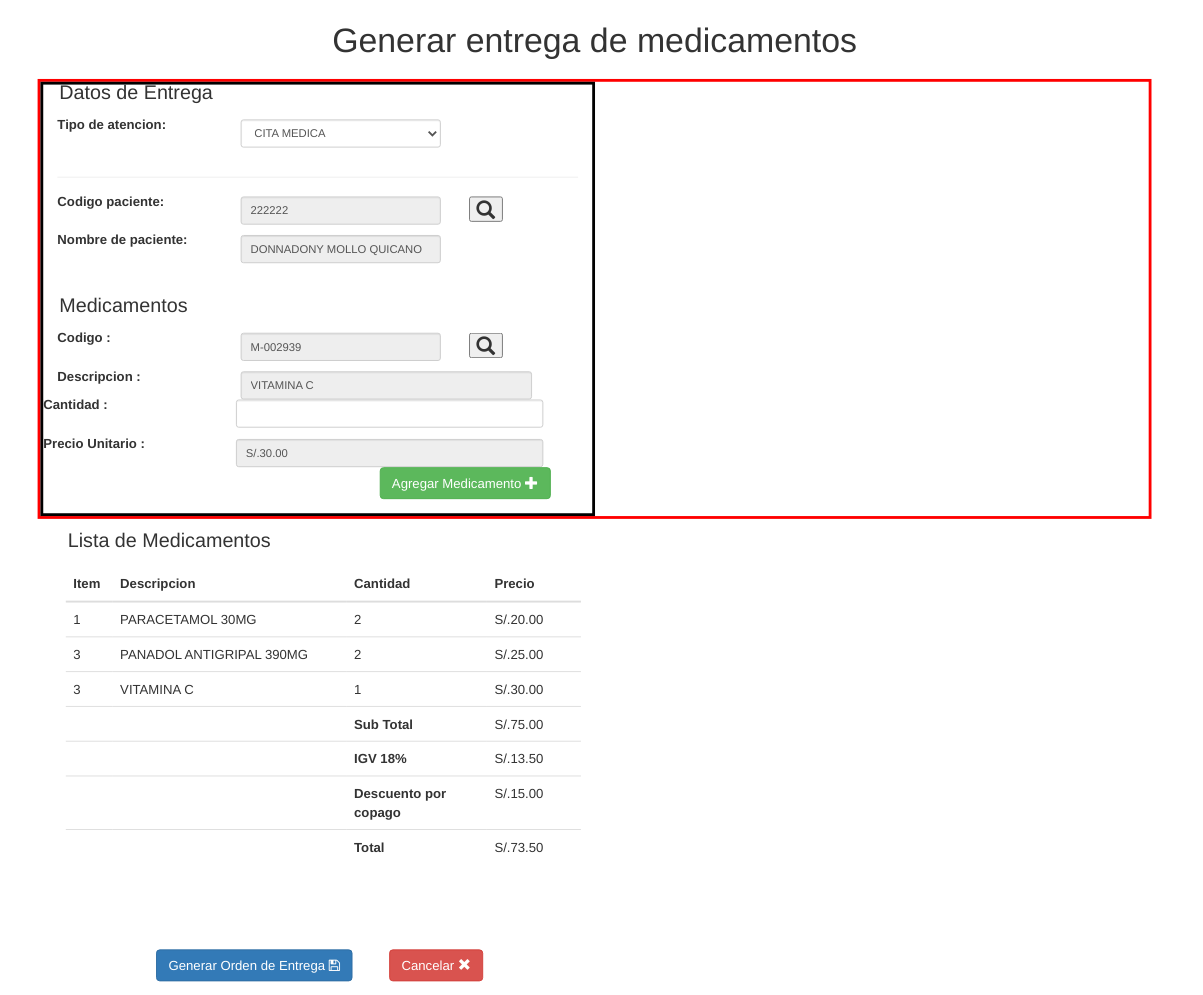
Repository: Donyx10/ADSII-ProyectoClinica
Page: http://localhost/AvanceWeb/GenerarOrdenDeEntregaDeMedicamentos2.jsp
The author's editor kept a copy of each file at every save. The page is drawn from the files as they stood at one save, then again after the next save.
The browser window is 1280 px wide. The pictures show the whole page, at 94% of full size.
Some web fonts or font styles are not loaded; a fallback is used. The page is served by Tomcat 9. Other server files are loaded and not shown.

Above is the page before, as saved 2018-06-07 16:46:19.

### WebDemo/AvanceWeb/WebContent/GenerarOrdenDeEntregaDeMedicamentos2.jsp
<!DOCTYPE html>
<html lang="esS">
<head>
<meta charset="UTF-8">
<meta name="viewport"
	content="width=device-width, initial-scale=1, maximum-scale=1, user-scalable=no">
<script type="text/javascript" src="js/jquery.min.js"></script>
<script type="text/javascript" src="js/jquery.dataTables.min.js"></script>
<script type="text/javascript" src="js/dataTables.bootstrap.min.js"></script>
<script type="text/javascript" src="js/bootstrap.min.js"></script>
<script type="text/javascript" src="js/bootstrapValidator.js"></script>
<link rel="stylesheet" href="css/bootstrap.css" />
<link rel="stylesheet" href="css/dataTables.bootstrap.min.css" />
<link rel="stylesheet" href="css/style.css" />
<link rel="stylesheet" href="css/bootstrapValidator.css" />
<link rel="stylesheet"
	href="https://cdnjs.cloudflare.com/ajax/libs/font-awesome/4.7.0/css/font-awesome.min.css">
<title>Generar orden de entrega de medicamentos</title>

</head>
<body>

	<div class="container"
		style="padding-top: 3px; line-height: 0.8; padding-left: 0.01px;">
		<h1 align="center">Generar entrega de medicamentos</h1>
		<br>
		<form action="generarCita" id="id_form">
			<div class="form-group row"
				style="border-style: solid; border-color: red;">
				<div class="col-md-6"
					style="border-style: solid; border-color: black;">

					<div class="form-group row" align="left" id="paciente">
						<div class="col-md-12">
							<fieldset>
								<legend>Datos de Entrega</legend>
								<div class="row">
									<div class="col-md-4">
										<label class="" for="id_codigo">Tipo de atencion:</label>
									</div>
									<div class="col-md-5">
										<select class="form-control input-sm" style="">
											<option>CITA MEDICA
											<option>EMERGENCIA
										</select>
									</div>
								</div>
								<br>
								<hr>
								<div class="row">

									<div class="col-md-4">
										<label class="" for="id_codigo">Codigo paciente:</label>
									</div>
									<div class="col-md-5">
										<input class="form-control input-sm" type="text"
											value="222222" id="" name="" readonly="readonly"
											placeholder="Ingrese el codigo">
									</div>
									<div class="col-md-2">
										<button style="font-size: 20px">
											<i class="glyphicon glyphicon-search"></i>
										</button>
									</div>
								</div>
								<br>



								<div class="row">
									<div class="col-md-4">
										<label class="" for="">Nombre de paciente:</label>
									</div>
									<div class="col-md-5">
										<input class="form-control input-sm" type="text"
											readonly="readonly" value="DONNADONY MOLLO QUICANO" id=""
											name="" placeholder="Ingrese el nombre" size="30">
									</div>

								</div>
								<br>
								<!--
							<div class="row">
								<div class="col-md-3">
									<label class="" for="">Estado:</label>
								</div>
								<div class="col-md-5">
									<input class="form-control" type="text" disabled="disabled" value="CANCELADO"
										id="" name="" placeholder="Ingrese el nombre" size="30">
								</div>
								<br>
							</div>
							<br>
							-->
							</fieldset>
						</div>


					</div>

					<br>
					<div class="form-group row" align="left" id="medicametos">
						<div class="col-md-12">
							<fieldset>
								<legend>Medicamentos</legend>

								<div class="row">

									<div class="col-md-4">
										<label class="" for="id_codigo">Codigo : </label>
									</div>
									<div class="col-md-5">
										<input class="form-control input-sm" type="text"
											value="M-002939" id="" name="" readonly="readonly"
											placeholder="">
									</div>
									<div class="col-md-2">
										<button style="font-size: 20px">
											<i class="glyphicon glyphicon-search"></i>
										</button>
									</div>
								</div>
								<br>
								<div class="row">

									<div class="col-md-4">
										<label class="" for="id_codigo">Descripcion : </label>
									</div>
									<div class="col-md-7">
										<input class="form-control input-sm" type="text"
											value="VITAMINA C" id="" name="" readonly="readonly"
											placeholder="">
									</div>
								</div>
							</fieldset>
						</div>
						<br>
						<div class="row">

							<div class="col-md-4">
								<label class="" for="id_codigo">Cantidad : </label>
							</div>
							<div class="col-md-7">
								<input class="form-control input-sm" type="number"
									name="quantity" min="1" max="10">
							</div>

						</div>
						<br>
						<div class="row">

							<div class="col-md-4">
								<label class="" for="id_codigo">Precio Unitario : </label>
							</div>
							<div class="col-md-7">
								<input class="form-control input-sm" type="text" name="quantity"
									value="S/.30.00" readonly="readonly">
							</div>

						</div>
						<div class="row">
							<div class="col-md-2"></div>
							<div class="col-md-4"></div>
							<div class="col-md-1"></div>
							<div class="col-md-3">
								<button type="submit" class="btn btn-success">
									Agregar Medicamento <i class="glyphicon glyphicon-plus"></i>
								</button>
							</div>
						</div>
					</div>
				</div>



			</div>
			<div class="col-md-6">
				<div class="form-group row" id="medico">
					<div class="col-md-12">
						<fieldset>

							<legend> Lista de Medicamentos</legend>
							<div class="row">
								<div class="col-md-12">
									<table class="table table-sm">
										<thead>
											<tr>
												<th class="col-md-1">Item</th>
												<th class="col-md-5">Descripcion</th>
												<th class="col-md-3">Cantidad</th>
												<th class="col-md-2">Precio</th>

											</tr>
										</thead>
										<tbody>
											<tr>
												<td class="col-md-1">1</td>
												<td class="col-md-5">PARACETAMOL 30MG</td>
												<td class="col-md-3">2</td>
												<td class="col-md-2">S/.20.00</td>
											</tr>
											<tr>
												<td class="col-md-1">3</td>
												<td class="col-md-5">PANADOL ANTIGRIPAL 390MG</td>
												<td class="col-md-3">2</td>
												<td class="col-md-2">S/.25.00</td>
											</tr>
											<tr>
												<td class="col-md-1">3</td>
												<td class="col-md-5">VITAMINA C</td>
												<td class="col-md-3">1</td>
												<td class="col-md-2">S/.30.00</td>
											</tr>
											<tr>
												<td class="col-md-1"></td>
												<td class="col-md-5"></td>
												<td class="col-md-3"><strong>Sub Total</strong></td>
												<td class="col-md-2">S/.75.00</td>
											</tr>
											<tr>
												<td class="col-md-1"></td>
												<td class="col-md-5"></td>
												<td class="col-md-3"><strong>IGV 18%</strong></td>
												<td class="col-md-2">S/.13.50</td>
											</tr>
											<tr>
												<td class="col-md-1"></td>
												<td class="col-md-5"></td>
												<td class="col-md-3"><strong>Descuento por
														copago</strong></td>
												<td class="col-md-2">S/.15.00</td>
											</tr>
											<tr>
												<td class="col-md-1"></td>
												<td class="col-md-5"></td>
												<td class="col-md-3"><strong>Total</strong></td>
												<td class="col-md-2">S/.73.50</td>
											</tr>

										</tbody>
									</table>
								</div>
							</div>
						</fieldset>
					</div>
				</div>
				<br> <br> <br> <br> <br>
				<div class="form-group row" align="center" id="paciente">
					<div class="col-md-12">
						<div class="row">
							<div class="col-md-2"></div>
							<div class="col-md-4">
								<button type="submit" class="btn btn-primary">
									Generar Orden de Entrega <i class="fa fa-save"></i>
								</button>
							</div>
							<div class="col-md-1"></div>
							<div class="col-md-3">
								<button type="submit" class="btn btn-danger">
									Cancelar <span class="glyphicon glyphicon-remove"></span>
								</button>
							</div>
						</div>
					</div>
				</div>
			</div>
	</div>
	</div>
	</form>
	</div>
</body>
</html>

### WebDemo/AvanceWeb/WebContent/css/style.css


.table-fixed {
	width: 100%;
	background-color: #f3f3f3;
}

.table-fixed tbody {
	height: 120px;
	overflow-y: auto;
	width: 100%;
}

.table-fixed thead, .table-fixed tbody, .table-fixed tr, .table-fixed td,
	.table-fixed th {
	display: block;
}

.table-fixed tbody td {
	float: left;
}

.table-fixed thead tr th {
	float: left;
	background-color: #f39c12;
	border-color: #e67e22;
}

legend {
    display: block;
    padding-left: 2px;
    padding-right: 2px;
    border: none;
}

Loaded but not shown: WebDemo/AvanceWeb/WebContent/js/jquery.min.js (library); WebDemo/AvanceWeb/WebContent/js/jquery.dataTables.min.js (library); WebDemo/AvanceWeb/WebContent/js/dataTables.bootstrap.min.js (common file); WebDemo/AvanceWeb/WebContent/js/bootstrap.min.js (library); WebDemo/AvanceWeb/WebContent/js/bootstrapValidator.js (library); WebDemo/AvanceWeb/WebContent/css/bootstrap.css (library); WebDemo/AvanceWeb/WebContent/css/dataTables.bootstrap.min.css (library); WebDemo/AvanceWeb/WebContent/css/bootstrapValidator.css (common file)

After the next save:
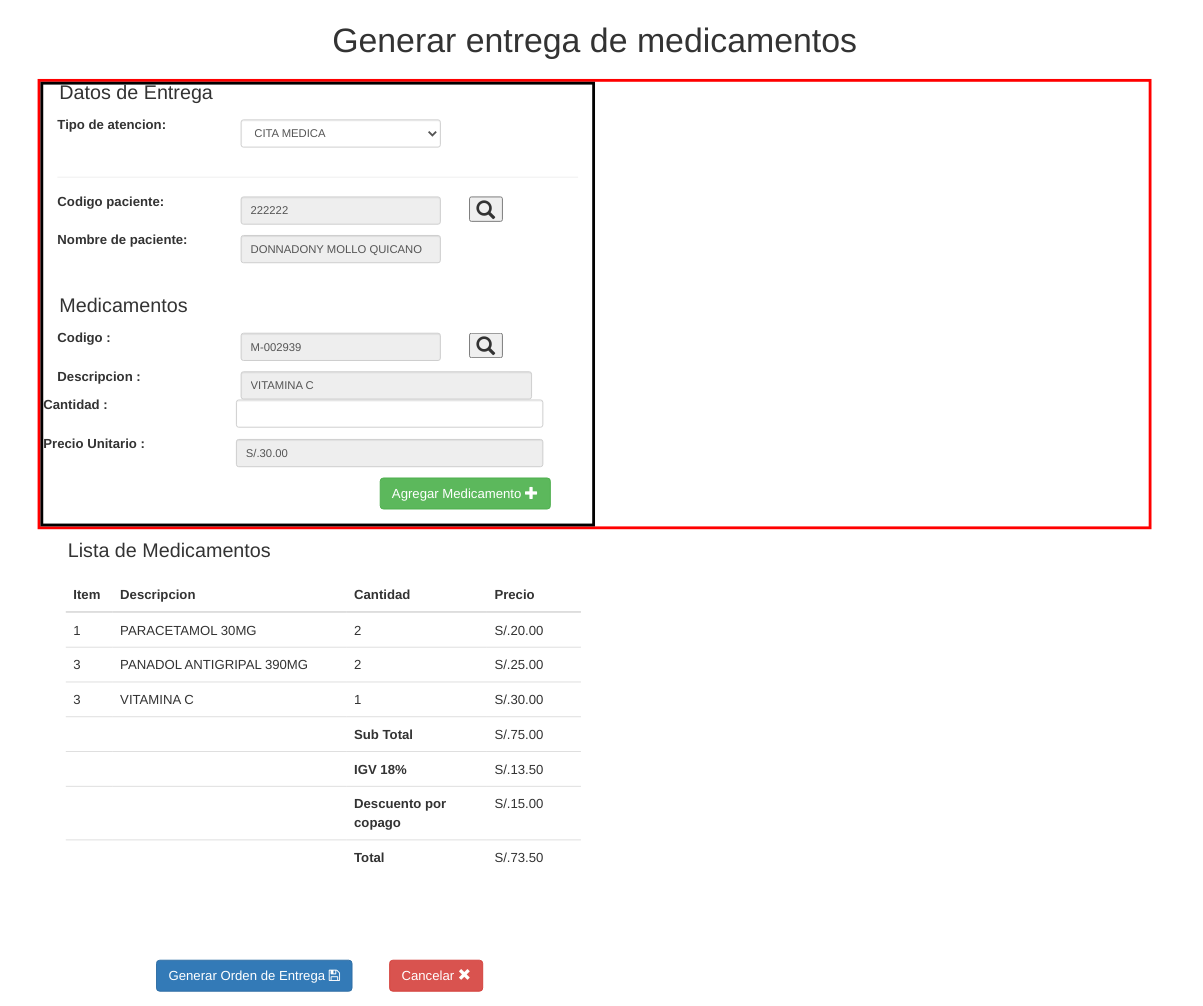
Saved 8 s later.
--- a/WebDemo/AvanceWeb/WebContent/GenerarOrdenDeEntregaDeMedicamentos2.jsp
+++ b/WebDemo/AvanceWeb/WebContent/GenerarOrdenDeEntregaDeMedicamentos2.jsp
@@ -158,6 +158,7 @@
 							</div>
 
 						</div>
+						<BR>
 						<div class="row">
 							<div class="col-md-2"></div>
 							<div class="col-md-4"></div>
